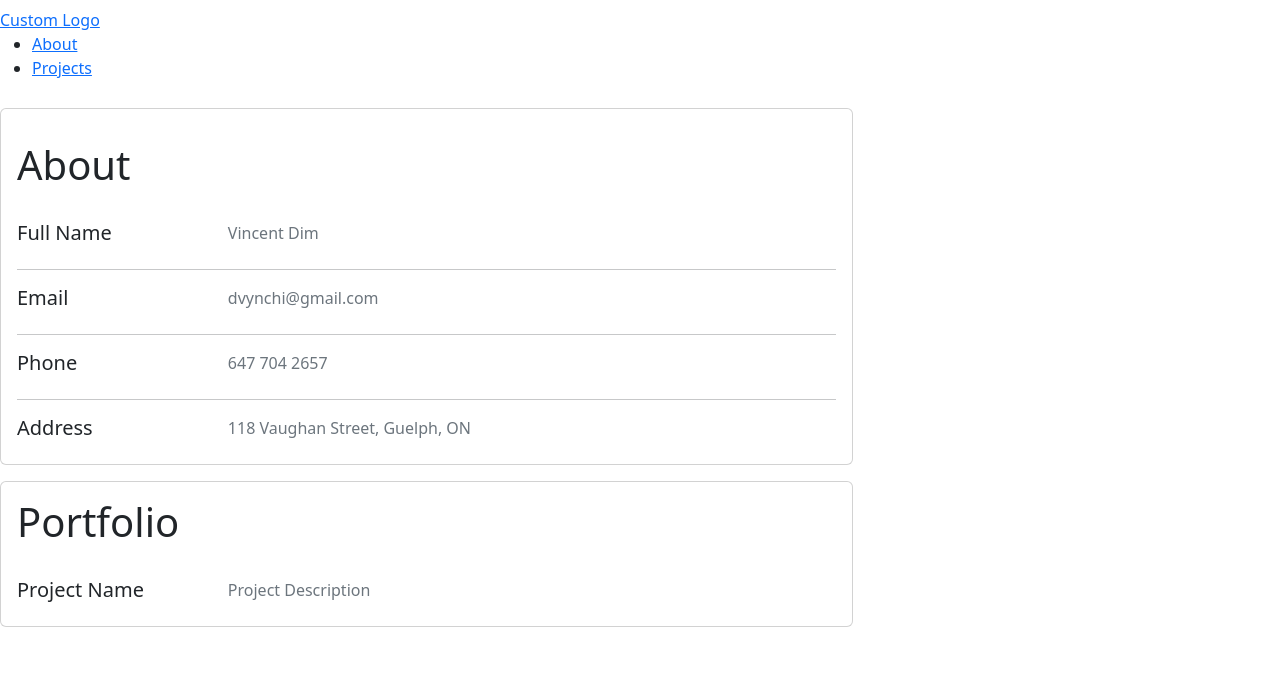
Repository: dvynchi/profile-2022
Page: index.html
An editor plug-in stored every save of this project. The page is shown before and after the next save, followed by the edit.
The browser window is 1280 px wide. The pictures show the whole page.
Some web libraries are served in a nearby version.

Above is the page before, as saved 2022-08-12 16:37:23.

After the next save:
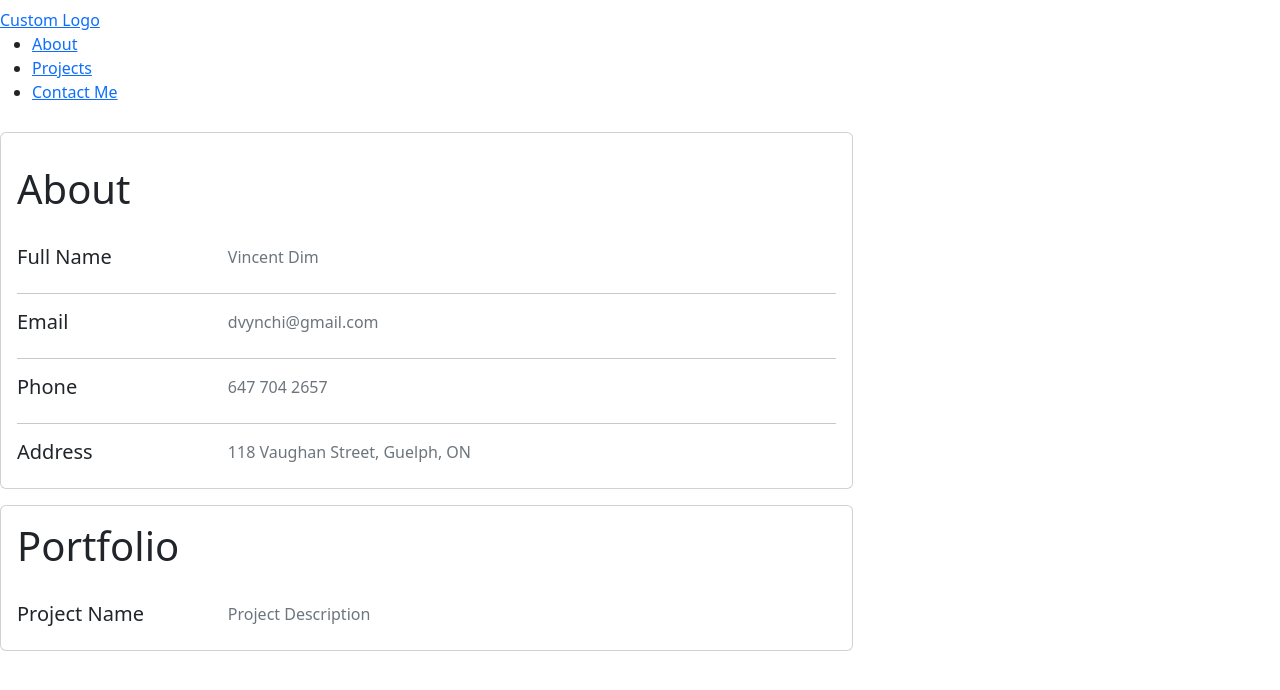
Saved 60 s later.
--- a/index.html
+++ b/index.html
@@ -37,6 +37,10 @@
 
                 <li class="navbar_item">
                     <a href="#projects" class="navbar_links" id="projects-page">Projects</a>
+                </li>
+
+                <li class="navbar_item">
+                    <a href="#contact" class="navbar_links" id="contact-page">Contact Me</a>
                 </li>
 
             </ul>
